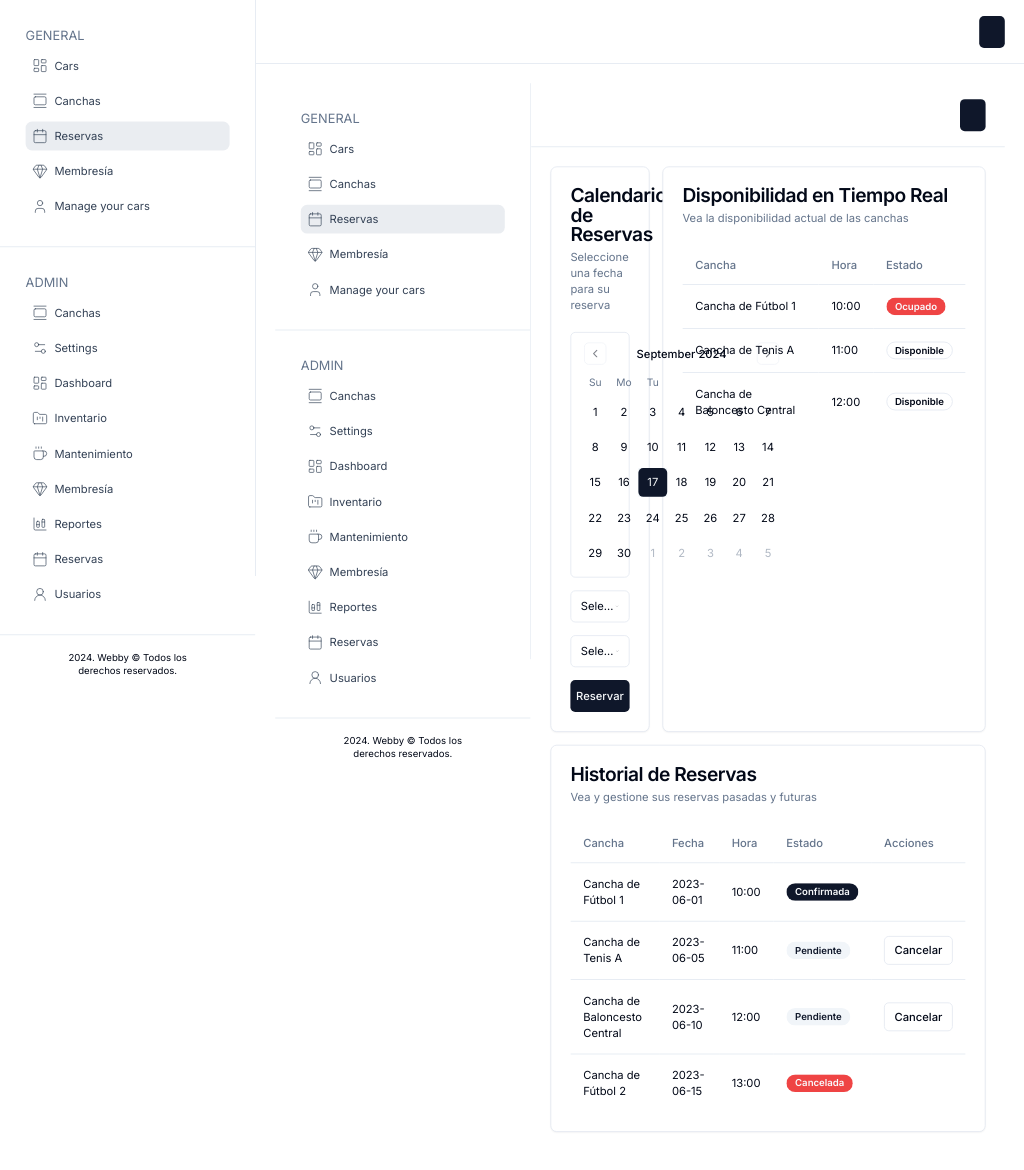
Repository: Jackson-sch/cdeporte
Page: /reservas
The author's editor kept a copy of each file at every save. The page is drawn from the files as they stood at one save, then again after the next save.
The browser window is 1280 px wide. The pictures show the whole page, at 80% of full size.
The project was rebuilt for these pictures with package versions that can differ from the ones it lists, and the page was loaded fresh each time. The framework's server and built-in components were replaced by stand-ins that run in the browser. Also part of the build but not shown: next.config.mjs, src/components/ui/label.jsx, src/components/ui/input.jsx, src/components/Reservas/HistorialReserva.jsx.

Above is the page before, as saved 2024-09-18 11:50:41.

After the next save:
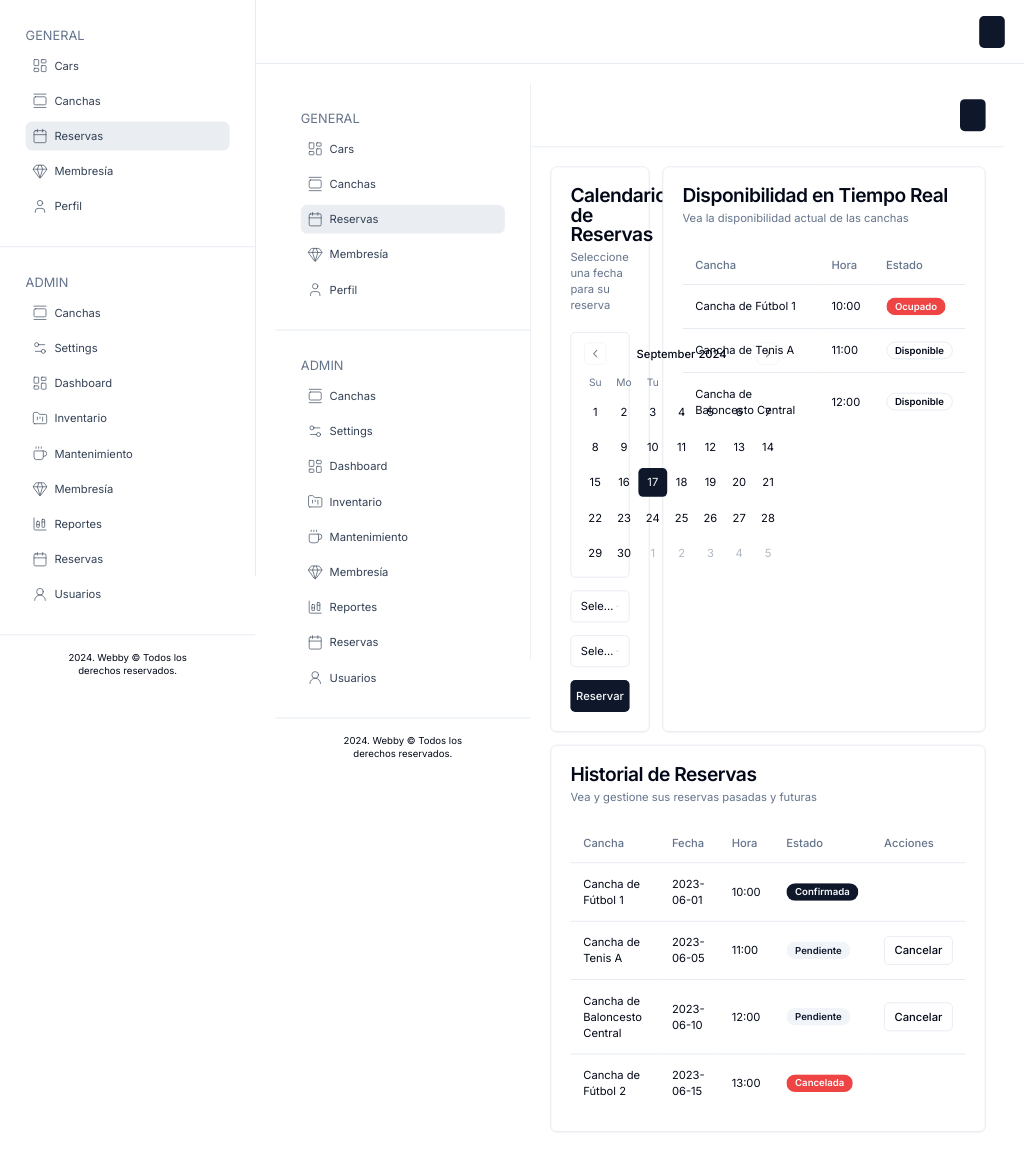
Saved 7 s later.
--- a/src/components/SidebarRoutes/SidebarRoute.data.jsx
+++ b/src/components/SidebarRoutes/SidebarRoute.data.jsx
@@ -37,7 +37,7 @@
   },
   {
     icon: User,
-    label: "Manage your cars",
+    label: "Perfil",
     href: "/canchitas",
   },
 ];
